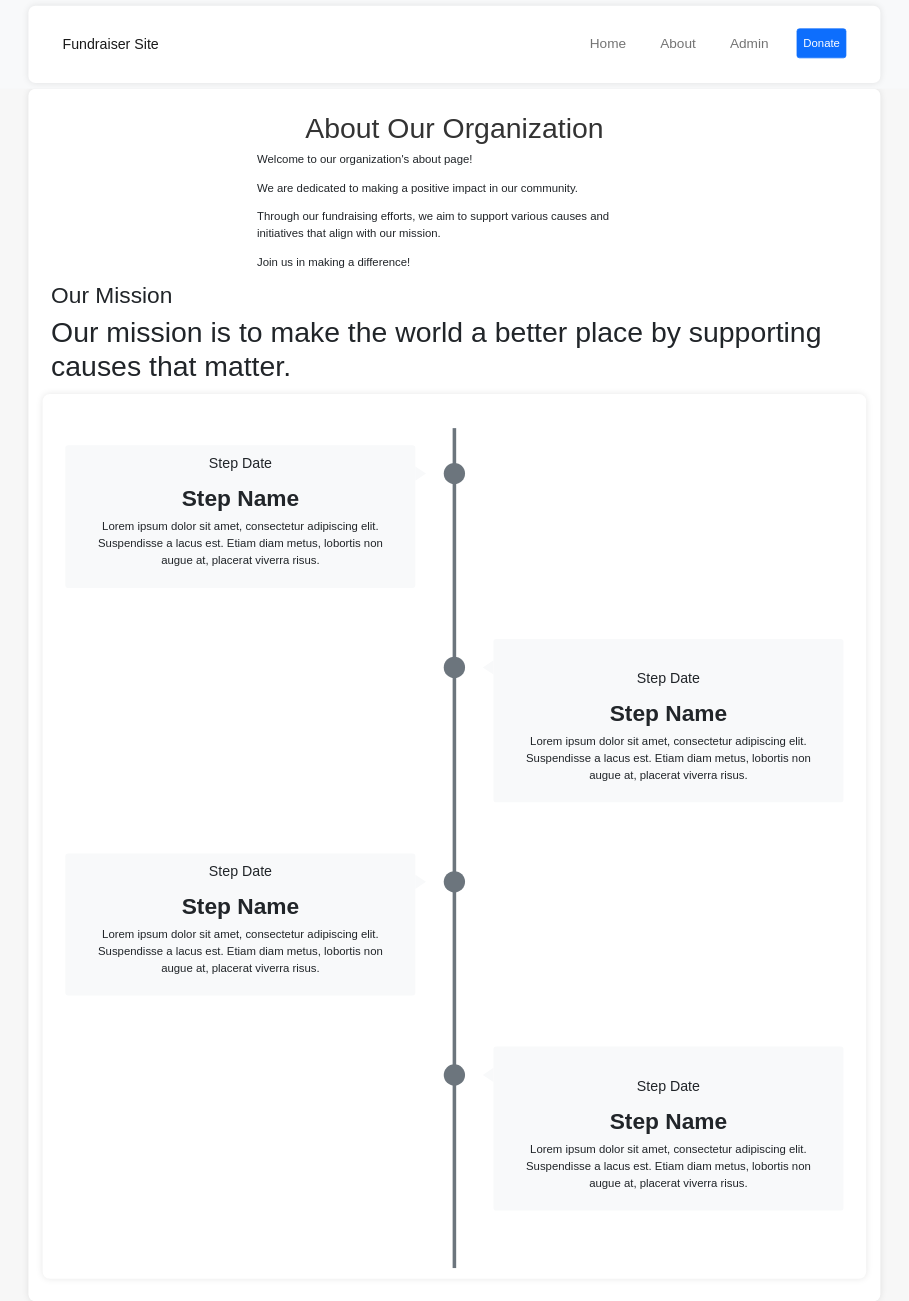
Repository: DragonFruit8/Fundraiser-Page
Page: /about
These files come from the project's save history. The page is drawn as it stood at one moment and after the next save; the edit follows.
The browser window is 1280 px wide. The pictures show the whole page, at 71% of full size.
The project was rebuilt for these pictures with package versions that can differ from the ones it lists, and the page was loaded fresh each time. Also part of the build but not shown: src/pages/HomeContainer.js, src/pages/Donate.js, src/pages/Admin.js.

Above is the page before, as saved 2024-07-19 14:04:06.

### public/index.html
<!DOCTYPE html>
<html lang="en">
  <head>
    <meta charset="utf-8" />
    <link rel="icon" href="%PUBLIC_URL%/favicon.ico" />
    <meta name="viewport" content="width=device-width, initial-scale=1" />
    <meta name="theme-color" content="#000000" />
    <meta
      name="description"
      content="Web site created using create-react-app"
    />
    <link rel="apple-touch-icon" href="%PUBLIC_URL%/logo192.png" />
    <link
      href="https://cdn.jsdelivr.net/npm/bootstrap@5.0.2/dist/css/bootstrap.min.css"
      rel="stylesheet"
      integrity="sha384-EVSTQN3/azprG1Anm3QDgpJLIm9Nao0Yz1ztcQTwFspd3yD65VohhpuuCOmLASjC"
      crossorigin="anonymous"
    />
    <!--
      manifest.json provides metadata used when your web app is installed on a
      user's mobile device or desktop. See https://developers.google.com/web/fundamentals/web-app-manifest/
    -->
    <link rel="manifest" href="%PUBLIC_URL%/manifest.json" />
    <!--
      Notice the use of %PUBLIC_URL% in the tags above.
      It will be replaced with the URL of the `public` folder during the build.
      Only files inside the `public` folder can be referenced from the HTML.

      Unlike "/favicon.ico" or "favicon.ico", "%PUBLIC_URL%/favicon.ico" will
      work correctly both with client-side routing and a non-root public URL.
      Learn how to configure a non-root public URL by running `npm run build`.
    -->
    <title>React App</title>
  </head>
  <body>
    <noscript>You need to enable JavaScript to run this app.</noscript>
    <div id="root"></div>
    <!--
      This HTML file is a template.
      If you open it directly in the browser, you will see an empty page.

      You can add webfonts, meta tags, or analytics to this file.
      The build step will place the bundled scripts into the <body> tag.

      To begin the development, run `npm start` or `yarn start`.
      To create a production bundle, use `npm run build` or `yarn build`.
    -->
    <script
      src="https://cdn.jsdelivr.net/npm/bootstrap@5.0.2/dist/js/bootstrap.bundle.min.js"
      integrity="sha384-MrcW6ZMFYlzcLA8Nl+NtUVF0sA7MsXsP1UyJoMp4YLEuNSfAP+JcXn/tWtIaxVXM"
      crossorigin="anonymous"
    ></script>
    <script
      src="https://cdn.jsdelivr.net/npm/@popperjs/core@2.9.2/dist/umd/popper.min.js"
      integrity="sha384-IQsoLXl5PILFhosVNubq5LC7Qb9DXgDA9i+tQ8Zj3iwWAwPtgFTxbJ8NT4GN1R8p"
      crossorigin="anonymous"
    ></script>
    <script
      src="https://cdn.jsdelivr.net/npm/bootstrap@5.0.2/dist/js/bootstrap.min.js"
      integrity="sha384-cVKIPhGWiC2Al4u+LWgxfKTRIcfu0JTxR+EQDz/bgldoEyl4H0zUF0QKbrJ0EcQF"
      crossorigin="anonymous"
    ></script>
  </body>
</html>

### src/App.js
import React from 'react';
import { BrowserRouter as Router, Route, Routes } from 'react-router-dom';
import Home from './pages/HomeContainer';
import About from './pages/About';
import Donate from './pages/Donate';
import Admin from './pages/Admin';
import GlobalStyle from './globalStyles';
import Navbar from './components/Navbar';

const App = () => {
  return (
    <Router>
      <GlobalStyle />
        <Navbar />
      <Routes>
          <Route exact path="/" element={<Home />} />
          <Route path="/about" element={<About />} />
          <Route path="/donate" element={<Donate />} />
          <Route path="/admin" element={<Admin />} />
      </Routes>
    </Router>
  );
};

export default App;

### src/pages/About.js
import React from 'react';
import styled from 'styled-components';

const AboutContainer = styled.div`
    text-align: center;

    .timeline:before {
        content: "";
        background: var(--bs-secondary);
        width: 5px;
        height: 95%;
        position: absolute;
        left: 50%;
        transform: translateX(-50%);
    }

    .timeline-item:nth-child(even) .timeline-content {
        float: right;
        padding: 40px 30px 10px 30px;
    }

    .timeline-item:nth-child(even) .timeline-content .date {
        right: auto;
        left: 0;
    }

    .timeline-item:nth-child(even) .timeline-content::after {
        content: "";
        position: absolute;
        border-style: solid;
        width: 0;
        height: 0;
        top: 30px;
        left: -15px;
        border-width: 10px 15px 10px 0;
        border-color: transparent var(--bs-light) transparent transparent;
    }

    .timeline-item::after {
        content: "";
        display: block;
        clear: both;
    }

    .timeline-content {
        position: relative;
        width: 45%;
        padding: 10px 30px;
        border-radius: 4px;
        background: var(--bs-light);
    }

    .timeline-content::after {
        content: "";
        position: absolute;
        border-style: solid;
        width: 0;
        height: 0;
        top: 30px;
        right: -15px;
        border-width: 10px 0 10px 15px;
        border-color: transparent transparent transparent var(--bs-light);
    }

    .timeline-img {
        width: 30px;
        height: 30px;
        background: var(--bs-secondary);
        border-radius: 50%;
        position: absolute;
        left: 50%;
        margin-top: 25px;
        margin-left: -15px;
    }

    @media screen and (max-width: 768px) {
        .timeline::before {
            left: 50px;
        }

        .timeline .timeline-img {
            left: 50px;
        }

        .timeline .timeline-content {
            max-width: 100%;
            width: auto;
            margin-left: 70px;
        }

        .timeline .timeline-item:nth-child(even) .timeline-content {
            float: none;
        }

        .timeline .timeline-item:nth-child(odd) .timeline-content::after {
            content: "";
            position: absolute;
            border-style: solid;
            width: 0;
            height: 0;
            top: 30px;
            left: -15px;
            border-width: 10px 15px 10px 0;
            border-color: transparent #f5f5f5 transparent transparent;
        }
    }
`;

const About = () => {
    return (
        <AboutContainer>
            <div className="container col h-100 justify-content-center align-items-center">
                <h1 className="text-center text-start">About Our Organization</h1>
                <div className="row justify-content-center align-items-center">
                    <div className="col-md-6 text-start" style={{ textAlign: 'center' }}>
                        <p>Welcome to our organization's about page!</p>
                        <p>We are dedicated to making a positive impact in our community.</p>
                        <p>
                            Through our fundraising efforts, we aim to support various causes and initiatives that align with our
                            mission.
                        </p>
                        <p>Join us in making a difference!</p>
                    </div>
                </div>
                <div className="row justify-content-center align-items-center">
                    <div className="col-md-12 display-6 text-start" style={{ textAlign: 'center' }}>
                        <h2 className="display-7">Our Mission</h2>
                        <p>Our mission is to make the world a better place by supporting causes that matter.</p>
                    </div>
                </div>
                <div className="row justify-content-center align-items-center">
                    <div className="container py-5 timeline position-relative">
                        <div className="timeline-item w-100 mb-4 py-4 text-dark lc-block">
                            <div className="timeline-img"></div>
                            <div className="timeline-content">
                                <p className="lead">Step Date</p>
                                <h2 className="fw-bold rfs-12">Step Name</h2>
                                <div>
                                    <p>
                                        Lorem ipsum dolor sit amet, consectetur adipiscing elit. Suspendisse a lacus est. Etiam diam metus,
                                        lobortis non augue at, placerat viverra risus.
                                    </p>
                                </div>
                            </div>
                        </div>
                        <div className="timeline-item w-100 mb-4 py-4 text-dark lc-block">
                            <div className="timeline-img"></div>
                            <div className="timeline-content">
                                <p className="lead">Step Date</p>
                                <h2 className="fw-bold rfs-12">Step Name</h2>
                                <div>
                                    <p>
                                        Lorem ipsum dolor sit amet, consectetur adipiscing elit. Suspendisse a lacus est. Etiam diam metus,
                                        lobortis non augue at, placerat viverra risus.
                                    </p>
                                </div>
                            </div>
                        </div>
                        <div className="timeline-item w-100 mb-4 py-4 text-dark lc-block">
                            <div className="timeline-img"></div>
                            <div className="timeline-content">
                                <p className="lead">Step Date</p>
                                <h2 className="fw-bold rfs-12">Step Name</h2>
                                <div>
                                    <p>
                                        Lorem ipsum dolor sit amet, consectetur adipiscing elit. Suspendisse a lacus est. Etiam diam metus,
                                        lobortis non augue at, placerat viverra risus.
                                    </p>
                                </div>
                            </div>
                        </div>
                        <div className="timeline-item w-100 mb-4 py-4 text-dark lc-block">
                            <div className="timeline-img"></div>
                            <div className="timeline-content">
                                <p className="lead">Step Date</p>
                                <h2 className="fw-bold rfs-12">Step Name</h2>
                                <div>
                                    <p>
                                        Lorem ipsum dolor sit amet, consectetur adipiscing elit. Suspendisse a lacus est. Etiam diam metus,
                                        lobortis non augue at, placerat viverra risus.
                                    </p>
                                </div>
                            </div>
                        </div>
                    </div>
                </div>
            </div>
        </AboutContainer>
    );
};

export default About;

### src/globalStyles.js
import { createGlobalStyle } from 'styled-components';

const GlobalStyle = createGlobalStyle`
  body {
    margin: 0;
    padding: 0;
    font-family: 'Arial', sans-serif;
    background-color: #f7f7f7;
  }

  nav {
    background-color: #333;
    padding: 1rem;
    display: flex;
    justify-content: center;
  }

  nav a {
    color: #fff;
    margin: 0 1rem;
    text-decoration: none;
    font-size: 1.2rem;
  }

  nav a:hover {
    text-decoration: underline;
  }

  .container {
    max-width: 1200px;
    margin: 0 auto;
    padding: 2rem;
    background-color: #fff;
    box-shadow: 0 0 10px rgba(0, 0, 0, 0.1);
    border-radius: 10px;
  }

  h1 {
    color: #333;
  }

  button {
    background-color: #007BFF;
    color: #fff;
    border: none;
    padding: 0.5rem 1rem;
    font-size: 1rem;
    border-radius: 5px;
    cursor: pointer;
  }

  button:hover {
    background-color: #0056b3;
  }

  input {
    padding: 0.5rem;
    font-size: 1rem;
    margin-right: 0.5rem;
    border-radius: 5px;
    border: 1px solid #ccc;
  }
`;

export default GlobalStyle;

### src/components/Navbar.js
import React from 'react';
import { Link } from 'react-router-dom';

const Navbar = () => {
    return (
        <nav className="navbar navbar-expand-lg navbar-light bg-light">
            <div className="container">
                <Link className="navbar-brand" to="/">Fundraiser Site</Link>
                <button className="navbar-toggler" type="button" data-bs-toggle="collapse" data-bs-target="#navbarNav" aria-controls="navbarNav" aria-expanded="false" aria-label="Toggle navigation">
                    <span className="navbar-toggler-icon"></span>
                </button>
                <div className="collapse navbar-collapse" id="navbarNav">
                    <ul className="navbar-nav ms-auto">
                        <li className="nav-item">
                            <Link className="nav-link" to="/">Home</Link>
                        </li>
                        <li className="nav-item">
                            <Link className="nav-link" to="/about">About</Link>
                        </li>
                        <li className="nav-item">
                            <Link className="nav-link" to="/admin">Admin</Link>
                        </li>
                        <li className="nav-item">
                            <Link className="nav-link btn btn-primary text-white" to="/donate">Donate</Link>
                        </li>
                    </ul>
                </div>
            </div>
        </nav>
    );
}

export default Navbar;

Loaded but not shown: src/index.js (common file); src/index.css (common file)

After the next save:
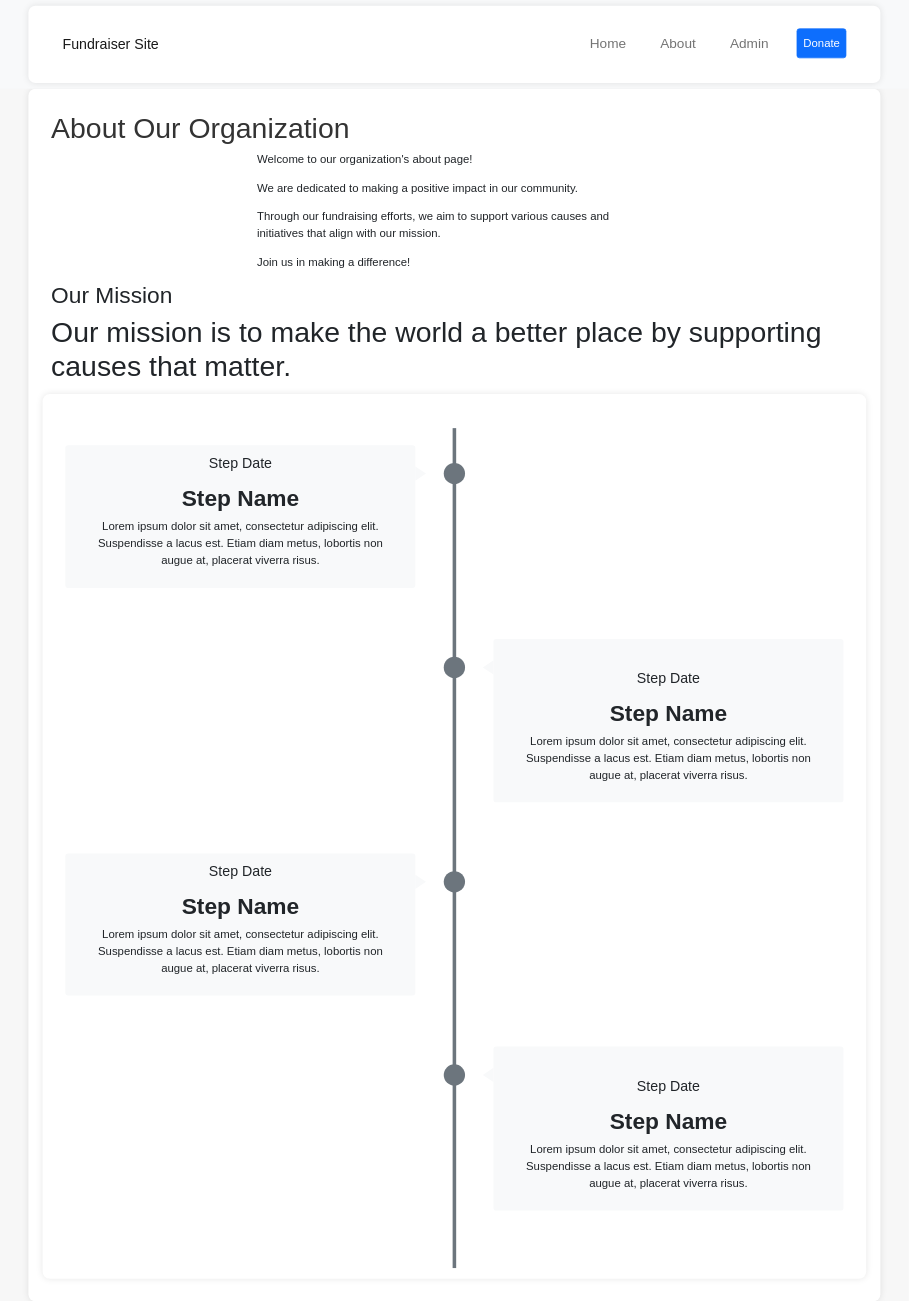
Saved 9 s later.
--- a/src/pages/About.js
+++ b/src/pages/About.js
@@ -110,7 +110,7 @@ const About = () => {
     return (
         <AboutContainer>
             <div className="container col h-100 justify-content-center align-items-center">
-                <h1 className="text-center text-start">About Our Organization</h1>
+                <h1 className="text-start">About Our Organization</h1>
                 <div className="row justify-content-center align-items-center">
                     <div className="col-md-6 text-start" style={{ textAlign: 'center' }}>
                         <p>Welcome to our organization's about page!</p>
